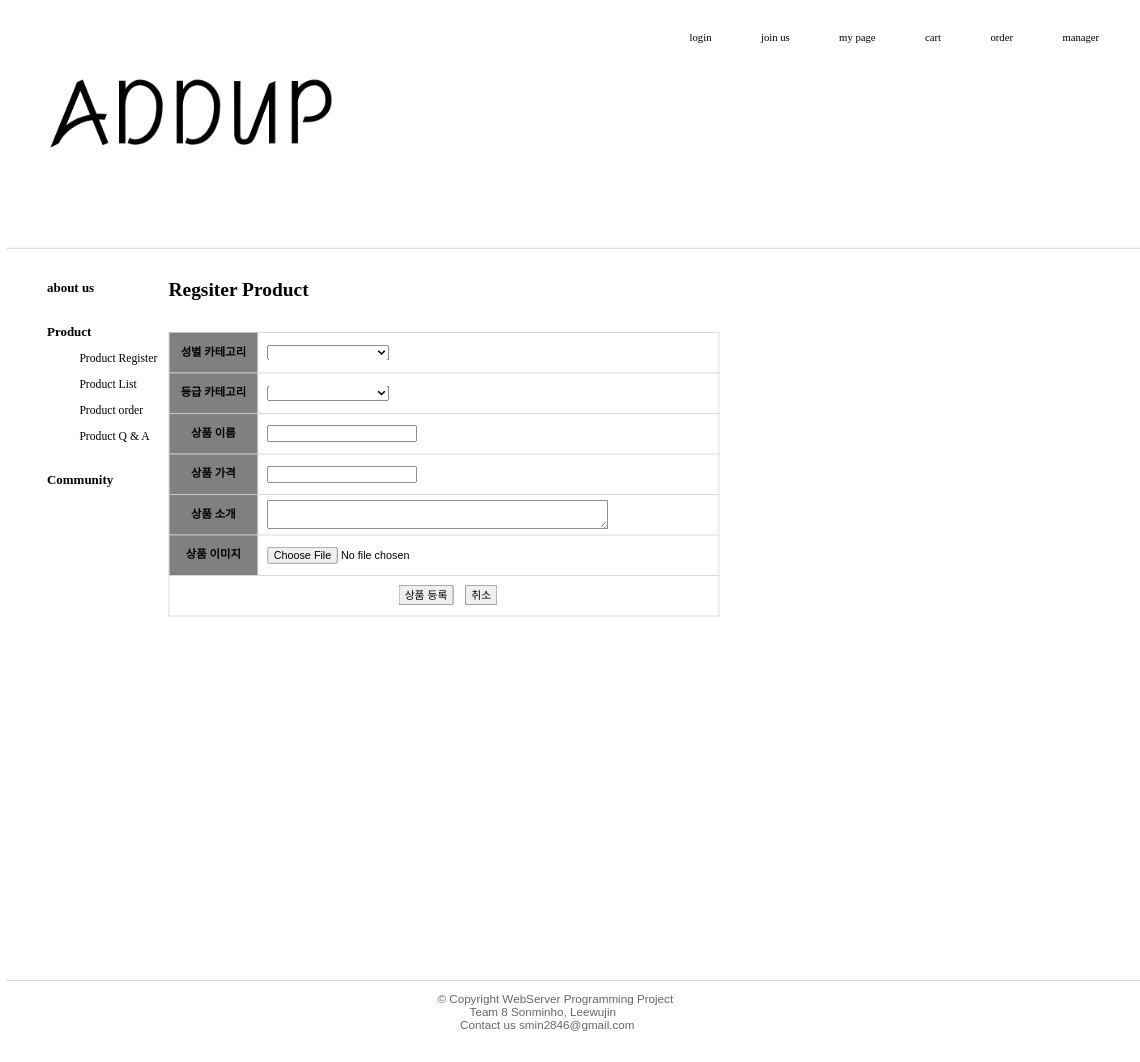
Repository: sonminho/aos
Page: http://localhost/addup_perfume/ControllerServlet?command=manager_register
These files come from the project's save history. The page is drawn as it stood at one moment and after the next save; the edit follows.
The browser window is 1280 px wide. The page is 1408 px wide, so the pictures cover 1408 px, including what lies to the right of the window. The pictures show the whole page, at 81% of full size.
The page is served by Tomcat 9. Other server files are loaded and not shown. Queries for data that is not in the repository find no rows.

Above is the page before, as saved 2017-11-29 10:34:07.

### Webserver/addup_perfume/WebContent/manager_register.jsp
<%@ page language="java" contentType="text/html; charset=EUC-KR"
    pageEncoding="EUC-KR"%>
<%@ page import="dao.CategoryDAO, dto.CategoryVO, java.util.*" %>
<%@ taglib prefix="c" uri="http://java.sun.com/jsp/jstl/core" %>

<!DOCTYPE html PUBLIC "-//W3C//DTD HTML 4.01 Transitional//EN" "http://www.w3.org/TR/html4/loose.dtd">
<html>
<head>
<meta http-equiv="Content-Type" content="text/html; charset=EUC-KR">
<title>Insert title here</title>
</head><style>
html, body{
	width:100%;
	height:100%;
}
#wrap{
	width:1400px;
	height:100%;
	margin:0px auto;
}
body > #wrap{
	height:auto;
	min-height:100%;
}
#header{
	position:relative;
	padding-bottom:70px;
	border-bottom:1px solid #cccccc;
}
.logo{
	padding: 32px 0 12px 40px;
}
.logo img{
	margin-top:30px;
}
.topnav{
	position:absolute;
	right:30px;
	top:2px;
}
.topnav dd{
	float:left;
	font-size:12px;
	padding-right:11px;
	margin-right:10px;
}
.topnav dd a{
	color:black;
	font-size:1.1em;
	text-decoration:none;
}
.topnav dd a:hover{
	color:gray;
	text-decoration:underline;
}
#mainnav{
	display:block;
	padding-top:30px;
	padding-left:50px;
	float:left;
}
#mainnav dl{
	display:block;
	font:'Nanum Gothic', sans-serif;
	margin-top:10px;
	margin-bottom:36px;
}
#mainnav dt{
	color:black;
	font-weight:bold;
	font-size:16px;
}
#mainnav dt a{
	color:black;
	text-decoration:none;
}
#mainnav dt a:hover{
	color:gray;
	text-decoration:line-through;
}
#mainnav dd{
	display:block;
	margin-top:15px;
}
#mainnav dd a{
	color:black;
	font-size:0.9em;
	text-decoration:none;
}
#mainnav dd a:hover{
	color:gray;
	text-decoration:underline;
}

#container{
	position:relative;
	padding-bottom:550px;
	*zoom: 1;
}
#container:after{
	content:'';
	display:block;
	clear:both;
}
#content{
	width:1000px;
	margin:0px auto;
}
#content table{

	border-collapse:collapse;
	padding:40px;
	font-size:14px;
	line-height:24px;
}
#content table td, th{
	border:#d3d3d3 solid 1px;
	paading: 30px;
}
#content table tr{
	height:50px;
}
#content table th{
	background:gray;
}
#content table input, #content table select, #content table textarea{
	margin-left:10px;
}

#footer{
	position:relative;
	margin-top:-101px;
	background-color:#fff;
}
#footer .footerArea{
	border-top: 1px solid #cccccc;
	padding: 0;
	width: 1400px;
	height: 100px;
	margin: 0 auto;
	color: #666;
	font-size: 0.9em;
	*zoom: 1;
}
#footer .footerArea:after{
	content: '';
	display: block;
	clear: both;
}
#footer .copy{
	margin-left:38%;
	font-family: 'Nanum Gothic', sans-serif;
}
pr{
	background-color:#ffcc00;
	border-bottom:1px dotted #9933aa;
}
</style>
<script type="text/javascript">
	function loginCheck() {
		if(document.frm.id.value.length == 0) {
			alert("아이디를 입력해주세요");
			frm.id.focus();
			return false;
		}
		if(document.frm.pw.value.length == 0) {
			alert("비밀번호를 입력해주세요");
			frm.pw.focus();
			return false;
		}

		return true;
	}
</script>
</head>
<body>
<div id="wrap">
	<div id="header">
		<h1 class="logo"><a href="index.jsp"><img src="img/logo.png"/></a></h1>
		<dl class="topnav">
			<dd><a href="login.jsp">login</a></dd>
			<dd><a href="#">join us</a></dd>
			<dd><a href="#">my page</a></dd>
			<dd><a href="#">cart</a></dd>
			<dd><a href="#">order</a></dd>
			<dd><a href="manager_login.jsp">manager</a></dd>
		</dl>
	</div> <!-- header -->

	<div id="container">
		<div id="mainnav">
			<dl class="category_about_us">
				<dt><a href="#">about us</a></dt>
			</dl>
			<dl class="category_shop">
				<dt><a href="#">Product</a></dt>
				<dd><a href="ControllerServlet?command=manager_register">Product Register</a></dd>
				<dd><a href="ControllerServlet?command=manager_list">Product List</a></dd>
				<dd><a href="#">Product order</a></dd>
				<dd><a href="#">Product Q & A</a></dd>
			</dl>
			<dl class="community">
				<dt><a href="#">Community</a>
			</dl>

		</div> <!-- mainnav -->
		<div id="content">
			<br><h2>Regsiter Product</h2><br>
			<form name="product_form" action="ControllerServlet?command=manager_upload"
			method="post" enctype="multipart/form-data">
			<table border=0 width="680px">
				<tr>
					<th class="pr">성별 카테고리</th>
					<td>
					<select name="product_sex_category" style="width:150px">
					<%
						CategoryDAO cDao = CategoryDAO.getInstance();
						ArrayList<CategoryVO> cList = cDao.getAllSexCategory();

						for(CategoryVO cVo : cList) {
							String categorySex = cVo.getCategorySex();
					%>
						<option value=<%=categorySex %>>
						<%=categorySex %>
						</option>
					<%
						}
					%>
					</select>
					</td>
				</tr>
				<tr>
					<th class="pr">등급 카테고리</th>
					<td>
					<select name="product_level_category" style="width:150px">
					<%
						ArrayList<CategoryVO> cList2 = cDao.getAllLevelCategory();
						for(CategoryVO cVo : cList2) {
							String categoryLevel = cVo.getCategoryLevel();
					%>
						<option value=<%=categoryLevel %>>
						<%=categoryLevel %>
						</option>
					<%
						}
					%>
					</select>
					</td>
				</tr>
				<tr>
					<th class="pr">상품 이름</th>
					<td align="left">
						<input type="text" name="product_name">
					</td>
				</tr>
				<tr>
					<th class="pr">상품 가격</th>
					<td>
						<input type="text" name="product_price" maxlength="10">
					</td>
				</tr>
				<tr>
					<th class="pr">상품 소개</th>
					<td>
						<textarea name="product_content" row="12" cols="50"></textarea>
					</td>
				</tr>
				<tr>
					<th class="pr">상품 이미지</th>
					<td>
						<input type="file" name="product_image"/>
					</td>
				</tr>
				<tr>
					<td colspan="2" align="center">
						<input type="submit" value="상품 등록"/>
						<input type="reset" value="취소"/>
				</tr>
			</table>
			</form>
		</div>
	</div> <!-- container -->
</div> <!-- wrap -->

<div id="footer">
	<div class="footerArea">
		<p class="copy">
			&copy; Copyright WebServer Programming Project <br>
			&nbsp; &nbsp; &nbsp; &nbsp; &nbsp; Team 8 Sonminho, Leewujin <br>
			&nbsp; &nbsp; &nbsp; &nbsp;Contact us smin2846@gmail.com
		</p>
	</div>
</div>
</body>
</html>

### Webserver/addup_perfume/src/controller/ControllerServlet.java
package controller;

import java.io.IOException;

import javax.servlet.ServletException;
import javax.servlet.annotation.WebServlet;
import javax.servlet.http.HttpServlet;
import javax.servlet.http.HttpServletRequest;
import javax.servlet.http.HttpServletResponse;

import controller.action.Action;

/**
 * Servlet implementation class ControllerServlet
 */
@WebServlet("/ControllerServlet")
public class ControllerServlet extends HttpServlet {
	private static final long serialVersionUID = 1L;

    /**
     * @see HttpServlet#HttpServlet()
     */
    public ControllerServlet() {
        super();
        // TODO Auto-generated constructor stub
    }

	/**
	 * @see HttpServlet#doGet(HttpServletRequest request, HttpServletResponse response)
	 */
	protected void doGet(HttpServletRequest request, HttpServletResponse response) throws ServletException, IOException {
		// TODO Auto-generated method stub
		String command = request.getParameter("command");
		System.out.println("ControllerServlet에서 요청 : " + command);

		ActionFactory af = ActionFactory.getInstance();
		Action action = af.getAction(command);

		if(action != null) {
			action.execute(request, response);
		}
	}

	/**
	 * @see HttpServlet#doPost(HttpServletRequest request, HttpServletResponse response)
	 */
	protected void doPost(HttpServletRequest request, HttpServletResponse response) throws ServletException, IOException {
		// TODO Auto-generated method stub
		doGet(request, response);
	}

}

### Webserver/addup_perfume/src/controller/ActionFactory.java
package controller;

import controller.action.Action;
import controller.action.LogOutAction;
import controller.action.ManagerDeleteAction;
import controller.action.ManagerListAction;
import controller.action.ManagerLoginAction;
import controller.action.ManagerOrderListAction;
import controller.action.ManagerRegisterAction;
import controller.action.ManagerUpdateAction;
import controller.action.ManagerUpdateAction2;
import controller.action.ManagerUploadAction;
import controller.action.ProductDetailAction;
import controller.action.ProductListAction;
import controller.action.ProductListAction2;
import controller.action.UserLoginAction;
import controller.action.UserOrderAction;

public class ActionFactory {

	private static ActionFactory instance = new ActionFactory();

	private ActionFactory(){
		super();
	}

	public static ActionFactory getInstance() {
		return instance;
	}

	public Action getAction(String command) {
		Action action = null;

		if(command.equals("manager_login")) {
			action = new ManagerLoginAction();
		} else if(command.equals("manager_register")) {
			action = new ManagerRegisterAction();
		} else if(command.equals("manager_upload")) {
			action = new ManagerUploadAction();
		} else if(command.equals("manager_list")) {
			action = new ManagerListAction();
		} else if(command.equals("manager_delete")) {
			action = new ManagerDeleteAction();
		} else if(command.equals("manager_update")) {
			action = new ManagerUpdateAction();
		} else if(command.equals("manager_update2")) {
			action = new ManagerUpdateAction2();
		} else if(command.equals("user_login")) {
			action = new UserLoginAction();
		} else if(command.equals("product_list")) {
			action = new ProductListAction();
		} else if(command.equals("product_list2")) {
			action = new ProductListAction2();
		} else if(command.equals("product_detail")) {
			action = new ProductDetailAction();
		} else if(command.equals("logout")) {
			action = new LogOutAction();
		} else if(command.equals("user_order")) {
			action = new UserOrderAction();
		} else if(command.equals("manager_order_list")) {
			action = new ManagerOrderListAction();
		}

		return action;
	}
}

### Webserver/addup_perfume/src/controller/action/Action.java
package controller.action;

import java.io.IOException;

import javax.servlet.ServletException;
import javax.servlet.http.HttpServletRequest;
import javax.servlet.http.HttpServletResponse;

public interface Action {
	public void execute(HttpServletRequest request, HttpServletResponse response) throws ServletException, IOException;
}

### Webserver/addup_perfume/src/controller/action/ManagerRegisterAction.java
package controller.action;

import java.io.IOException;

import javax.servlet.RequestDispatcher;
import javax.servlet.ServletException;
import javax.servlet.http.HttpServletRequest;
import javax.servlet.http.HttpServletResponse;

public class ManagerRegisterAction implements Action{

	@Override
	public void execute(HttpServletRequest request, HttpServletResponse response) throws ServletException, IOException {
		// TODO Auto-generated method stub

		RequestDispatcher dispatcher = request.getRequestDispatcher("manager_register.jsp");
		dispatcher.forward(request, response);
	}
}

### Webserver/addup_perfume/src/dao/CategoryDAO.java
package dao;

import java.sql.Connection;
import java.sql.PreparedStatement;
import java.sql.ResultSet;
import java.sql.SQLException;
import java.util.ArrayList;

import javax.naming.Context;
import javax.naming.InitialContext;
import javax.sql.DataSource;

import dto.CategoryVO;

public class CategoryDAO {
	private static CategoryDAO instance = new CategoryDAO();

	private CategoryDAO() {

	}

	public static CategoryDAO getInstance() {
		return instance;
	}

	// 데이터베이스 커넥션풀 연결
	public Connection getConnection() {
		Connection conn = null;
		Context initContext = null;
		Context envContext = null;
		DataSource ds = null;

		try {
			initContext = new InitialContext();
			envContext = (Context) initContext.lookup("java:/comp/env");
			ds = (DataSource) envContext.lookup("jdbc/myoracle");
			conn = ds.getConnection();
		} catch(Exception e) {
			e.printStackTrace();
		}

		return conn;
	}

	public ArrayList<CategoryVO> getAllSexCategory() throws SQLException {
		Connection conn = null;
		PreparedStatement pstmt = null;
		ResultSet rs = null;

		ArrayList<CategoryVO> cList = null;

		try {
			conn = getConnection();
			String sql = "select distinct categorysex from category";
			pstmt = conn.prepareStatement(sql);
			rs = pstmt.executeQuery();

			cList = new ArrayList<CategoryVO>();

			while(rs.next()) {
				String categorySex = rs.getString("categorysex");

				CategoryVO cVo = new CategoryVO();

				cVo.setCategorySex(categorySex);

				cList.add(cVo);
			}
		} catch(Exception e) {
			e.printStackTrace();
		} finally {
			if(rs != null) rs.close();
			if(pstmt != null) pstmt.close();
			if(conn != null) conn.close();
		}

		return cList;
	}

	public ArrayList<CategoryVO> getAllLevelCategory() throws SQLException {
		Connection conn = null;
		PreparedStatement pstmt = null;
		ResultSet rs = null;

		ArrayList<CategoryVO> cList = null;

		try {
			conn = getConnection();
			String sql = "select distinct CATEGORYLEVEL from category";
			pstmt = conn.prepareStatement(sql);
			rs = pstmt.executeQuery();

			cList = new ArrayList<CategoryVO>();

			while(rs.next()) {
				String categoryLevel = rs.getString("CATEGORYLEVEL");

				CategoryVO cVo = new CategoryVO();

				cVo.setCategoryLevel(categoryLevel);

				cList.add(cVo);
			}
		} catch(Exception e) {
			e.printStackTrace();
		} finally {
			if(rs != null) rs.close();
			if(pstmt != null) pstmt.close();
			if(conn != null) conn.close();
		}

		return cList;
	}
}

After the next save:
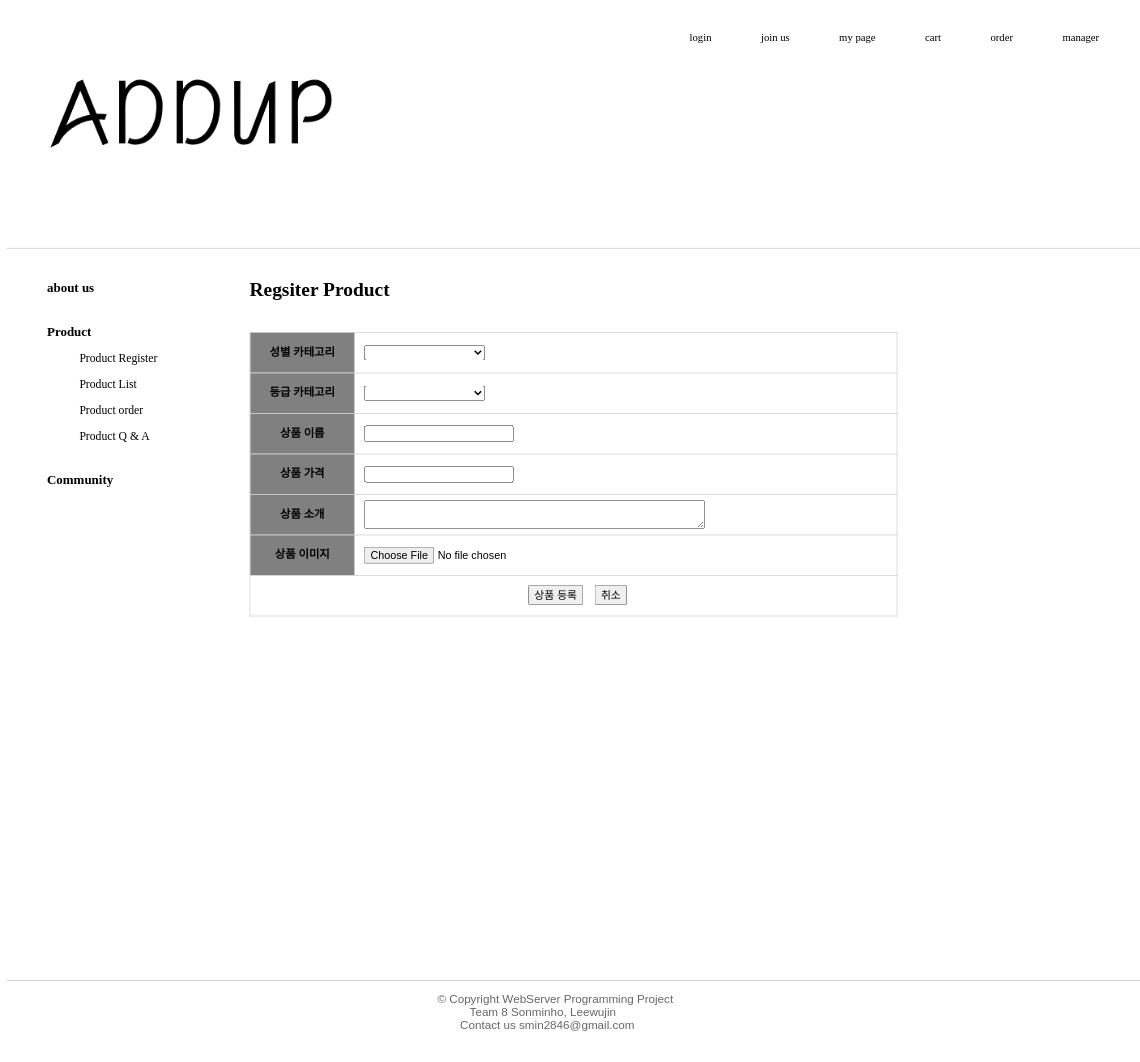
Saved 22 s later.
--- a/Webserver/addup_perfume/WebContent/manager_register.jsp
+++ b/Webserver/addup_perfume/WebContent/manager_register.jsp
@@ -103,13 +103,12 @@
 	clear:both;
 }
 #content{
-	width:1000px;
+	width:800px;
 	margin:0px auto;
 }
 #content table{
-
+	width:100%;
 	border-collapse:collapse;
-	padding:40px;
 	font-size:14px;
 	line-height:24px;
 }
